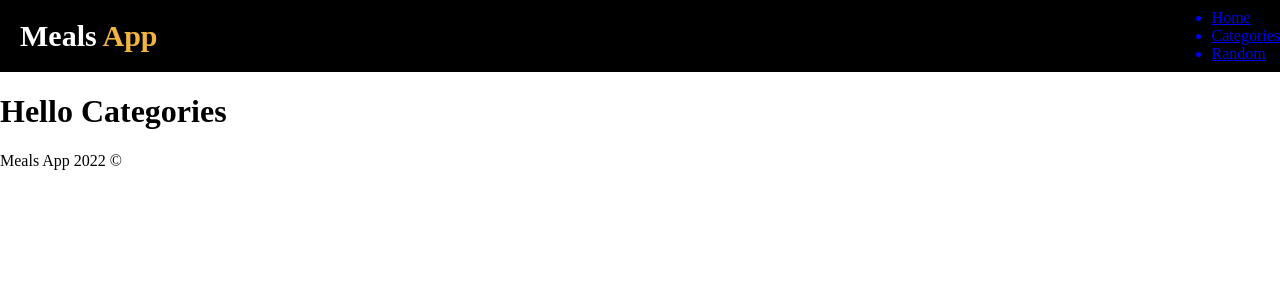
Repository: Shahriddinov/Meals
Page: /categories
An editor plug-in stored every save of this project. The page is shown before and after the next save, followed by the edit.
The browser window is 1280 px wide. The pictures show the whole page.
The project was rebuilt for these pictures with package versions that can differ from the ones it lists, and the page was loaded fresh each time. Also part of the build but not shown: src/components/HomePage/HomePage.js, src/components/RandomMeal/RandomMeal.js.

Above is the page before, as saved 2022-03-21 16:43:02.

After the next save:
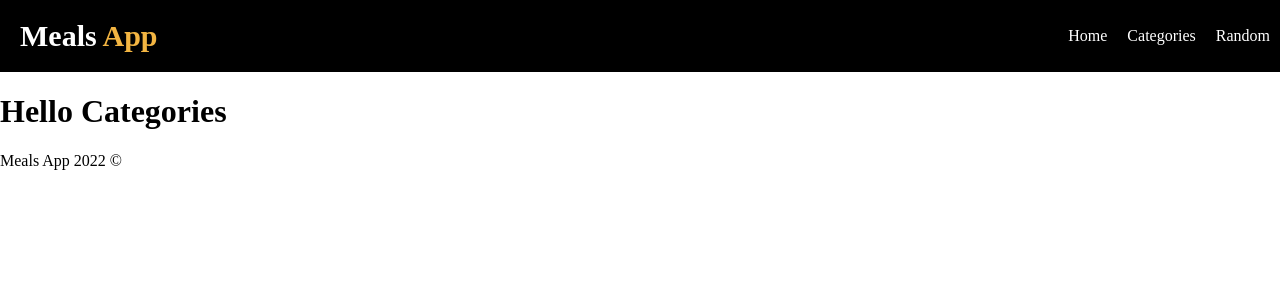
Saved 2 min 40 s later.
--- a/src/components/Navbar/Navbar.scss
+++ b/src/components/Navbar/Navbar.scss
@@ -22,4 +22,15 @@ body {
       }
     }
   }
+  &-links {
+    ul {
+      display: flex;
+      list-style: none;
+    }
+    a {
+      color: #ffff;
+      text-decoration: none;
+      margin: 0px 10px;
+    }
+  }
 }
